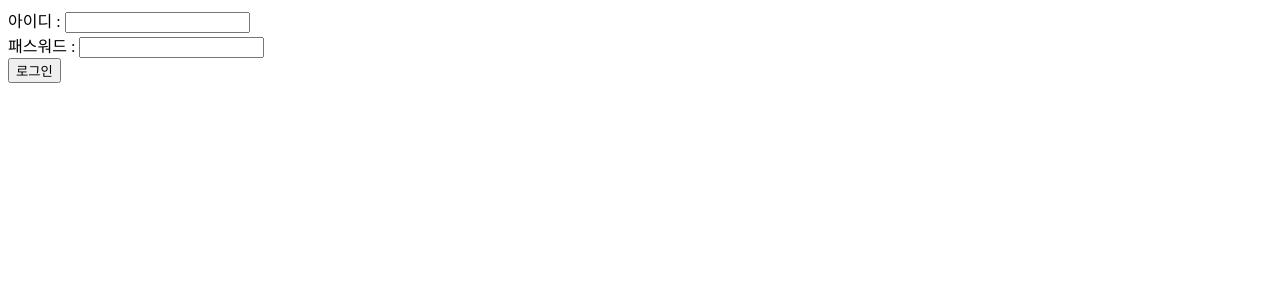
Repository: JeongYT/JSP
Page: jspproject/src/main/webapp/login.html
An editor plug-in stored every save of this project. The page is shown before and after the next save, followed by the edit.
The browser window is 1280 px wide. The pictures show the whole page.

Above is the page before, as saved 2023-07-06 07:25:13.

### jspproject/src/main/webapp/login.html
<!DOCTYPE html>
<html>
<head>
<meta charset="UTF-8">
<title>Insert title here</title>
</head>
<body>
	<form action="/hello">
		아이디 : <input type="text" name="id"> <br>
		패스워드 : <input type="password" name="pw"> <br>
		<input type="submit" value="로그인">
	</form>
</body>
</html>

After the next save:
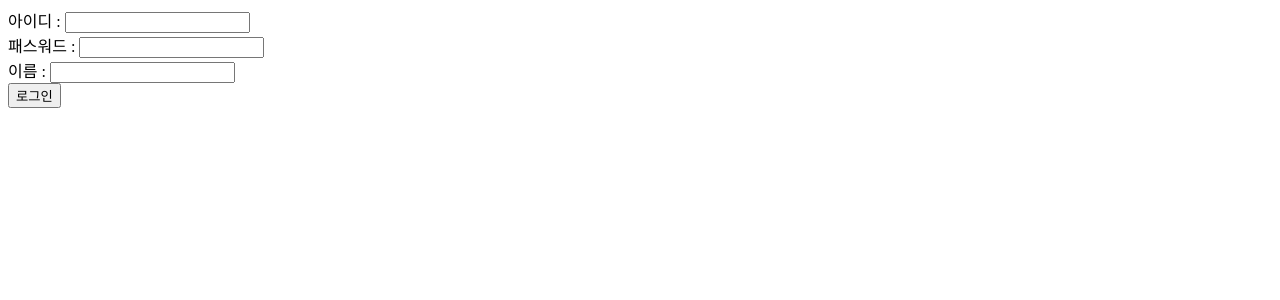
Saved 2 min 26 s later.
--- a/jspproject/src/main/webapp/login.html
+++ b/jspproject/src/main/webapp/login.html
@@ -8,6 +8,7 @@
 	<form action="/hello">
 		아이디 : <input type="text" name="id"> <br>
 		패스워드 : <input type="password" name="pw"> <br>
+		이름 : <input type="text" name="name"> <br>
 		<input type="submit" value="로그인">
 	</form>
 </body>
